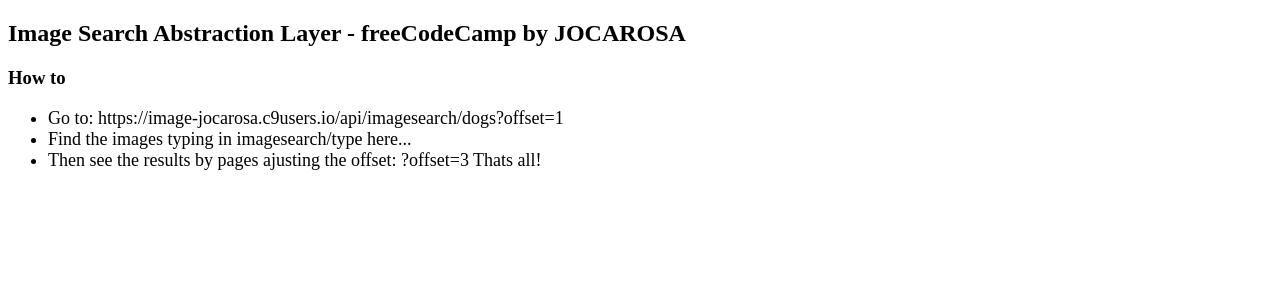
Repository: jocarosa/image_search
Page: public/index.html
The author's editor kept a record of every edit. The page is drawn from the files as they stood at one moment, then again after the next edit.
The browser window is 1280 px wide. The pictures show the whole page.

Above is the page before.

After the next edit:
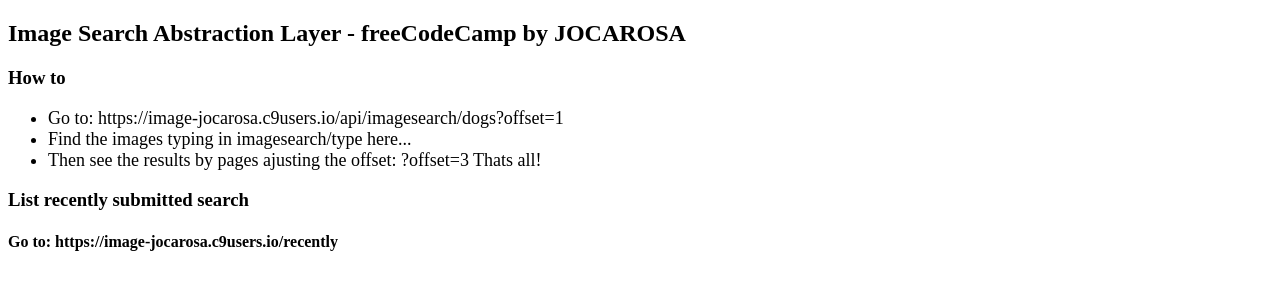
The edit:
--- a/public/index.html
+++ b/public/index.html
@@ -16,6 +16,8 @@
 				<li>Find the images typing in imagesearch/type here...</li>
 				<li>Then see the results by pages ajusting the offset:  ?offset=3  Thats all!</li>
 			</ul>
+			<h3>List recently submitted search</h3>
+				<h4>Go to: https://image-jocarosa.c9users.io/recently</h4>
 	</body>
 
 </html>
